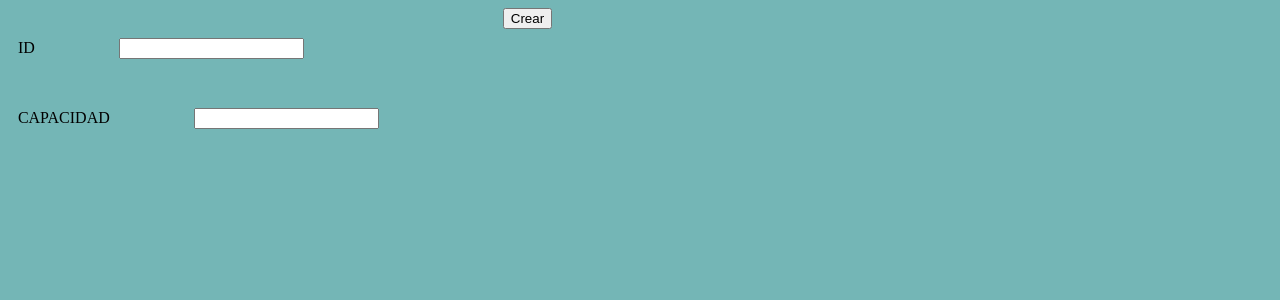
Repository: Robin-Rivadeneira/prueva_pablo
Page: index.html
These files come from the project's save history. The page is drawn as it stood at one moment and after a run of saves; the edit follows.
The browser window is 1280 px wide. The pictures show the whole page.

Above is the page before, as saved 2020-01-16 20:30:43.

### index.html
<!DOCTYPE html>
<html lang="en">
<head>
    <meta charset="UTF-8">
    <meta name="viewport" content="width=device-width, initial-scale=1.0">
    <meta http-equiv="X-UA-Compatible" content="ie=edge">
    <LINK REL=StyleSheet HREF="/css/bomberos.css" TYPE="text/css" MEDIA=screen>
    <title> Motobombas</title>
</head>
<body>
    <div>
        <label class="id">ID</label>
        <input type="number" id="id">
        <label class="capacidad">CAPACIDAD</label>
        <input type="number" id="capacidad" >
        <button type="button" class="button" onclick="moto.guardar()">Crear</button>
    </div>
    <br>
    <div id="img">

    </div>
    <br>
    <div id="estado">

    </div>
    <br>
    <div id="pintar">
    </div>
</body>
<script src="/js/Motobomba.js"></script>
<script src="/js/Bombero.js"></script>
</html>

### css/bomberos.css
body{
    background-color: rgb(116, 182, 182);
}
.id{
    position: relative;
    left: 10px;
    top: 30px;
}
#id{
    position: relative;
    top: 30px;
    left: 90px;
}

.capacidad{
    position: relative;
    top: 100px;
    right: 200px;
}
#capacidad{
    position: relative;
    top: 100px;
    right: 120px;
}

### js/Motobomba.js
class Motobomba {
    constructor(id, capacidad, estado = false) {
        this.id = id;
        this.capacidad = capacidad;
        this.estado = estado;
    }
    prender() {
        this.estado = true;
    }
    apagar() {
        this.estado = false;
    }
    getEstado() {
        return this.estado;
    }
    toString() {
        if (this.estado == true) {
            document.getElementById('estado').innerHTML='<img src="img/verde.jpg" windth="130px" height="100px">'
            var parrafo=document.createElement('p')
            parrafo.innerHTML = 'esta prendido'
            document.body.appendChild(parrafo)
            moto.apagar()
            document.getElementById("boton").innerHTML="prendido"

        }
        else if(this.estado == false) {
            document.getElementById('estado').innerHTML='<img src="img/rojo.jpg" windth="130px" height="100px">'
            var parrafo=document.createElement('p')
            parrafo.innerHTML = 'esta apagado'
            document.body.appendChild(parrafo)
            moto.prender()
            document.getElementById("boton").innerHTML="apagdo"
        }
    }
    guardar(){
        var recu= document.getElementById('id').value;
        var recu1=document.getElementById('capacidad').value;
        this.id=recu
        this.capacidad=recu1
        console.log(this.id)
        console.log(this.capacidad)
        document.getElementById('img').innerHTML='<img src="img/camion.jpg" windth="130px" height="100px">'
        document.getElementById('pintar').innerHTML='<button type="button" id="boton" onclick="moto.toString()">ESTADO</button>'
    }
}



let moto = new Motobomba()

### js/Bombero.js
class Bombero{
    constructor(nombre){
        this.nombre=nombre;
    }
    addHabilidad(){
        let habilidades=[];
        habilidades.push(this.nombre)
    }
}

After the next 2 saves:
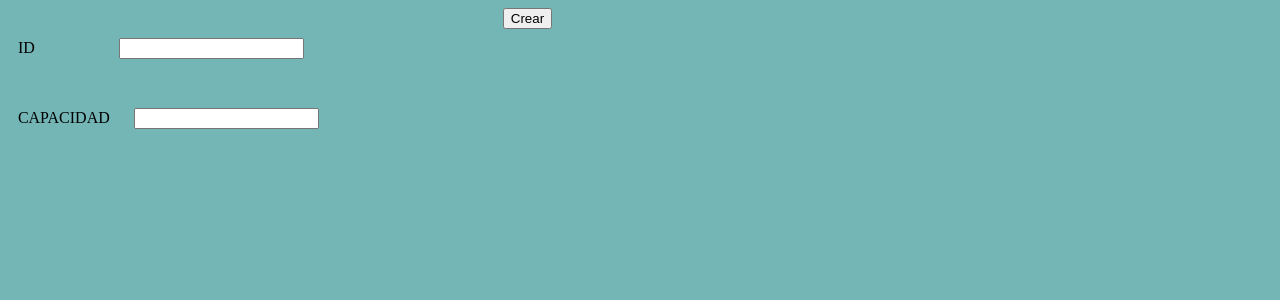
The 2 saves are shown as one change because they came seconds apart.
The last was saved 8 s later.
--- a/css/bomberos.css
+++ b/css/bomberos.css
@@ -20,5 +20,5 @@ body{
 #capacidad{
     position: relative;
     top: 100px;
-    right: 120px;
+    right: 180px;
 }
